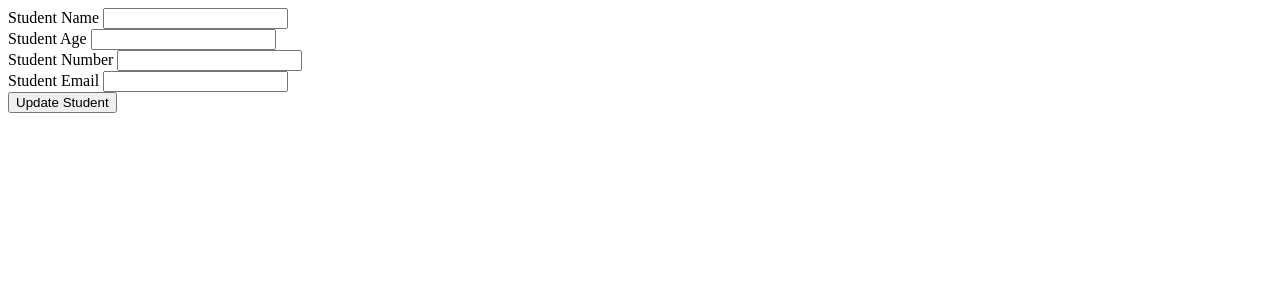
Repository: V-Neelagandan/Student-Mangement-Flask
Page: Templates/edit_form.html
These files come from the project's save history. The page is drawn as it stood at one moment and after the next save; the edit follows.
The browser window is 1280 px wide. The pictures show the whole page.

Above is the page before, as saved 2025-06-04 22:18:09.

### Templates/edit_form.html
<!DOCTYPE html>
<html lang="en">
<head>
    <meta charset="UTF-8">
    <meta name="viewport" content="width=device-width, initial-scale=1.0">
    <title>Update Data</title>
</head>
<body>
  <form method="POST">
  <div>
        <label for="student_name">Student Name</label>
        <input type="text" id="student_name" name="Student_Name" class="form-control" />
      </div>
      <div>
        <label for="student_age">Student Age</label>
        <input type="text" id="student_age" name="Student_Age" class="form-control" />
      </div>
      <div>
        <label for="student_number">Student Number</label>
        <input type="text" id="student_number" name="Student_Contact_Number" class="form-control" />
      </div>
      <div>
        <label for="student_email">Student Email</label>
        <input type="text" id="student_email" name="Student_Contact_Email" class="form-control" />
      </div>
    </form>
  <button type="submit">Update Student</button>
</form>

</body>
</html>

After the next save:
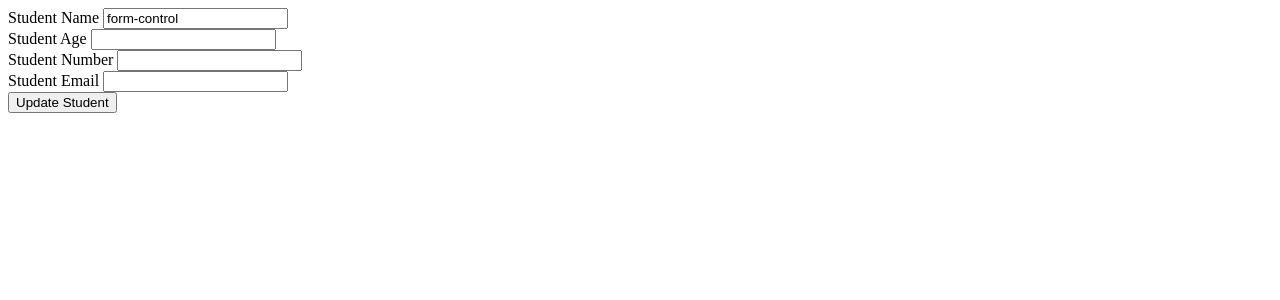
Saved 6 min 47 s later.
--- a/Templates/edit_form.html
+++ b/Templates/edit_form.html
@@ -9,7 +9,7 @@
   <form method="POST">
   <div>
         <label for="student_name">Student Name</label>
-        <input type="text" id="student_name" name="Student_Name" class="form-control" />
+        <input type="text" id="student_name" name="Student_Name" value="form-control" />
       </div>
       <div>
         <label for="student_age">Student Age</label>

After the 2 saves that followed:
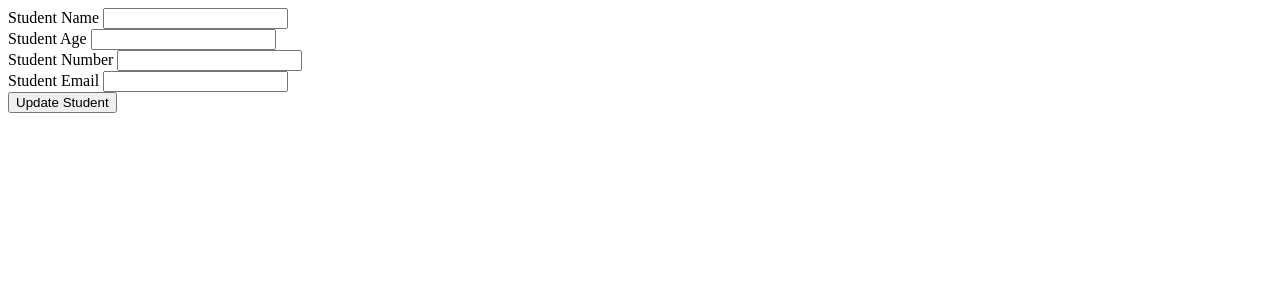
The 2 saves are shown as one change because they came seconds apart.
The last was saved 10 s later.
--- a/Templates/edit_form.html
+++ b/Templates/edit_form.html
@@ -9,7 +9,7 @@
   <form method="POST">
   <div>
         <label for="student_name">Student Name</label>
-        <input type="text" id="student_name" name="Student_Name" value="form-control" />
+        <input type="text" id="student_name" name="Student_Name" value="" class="form-control" />
       </div>
       <div>
         <label for="student_age">Student Age</label>
